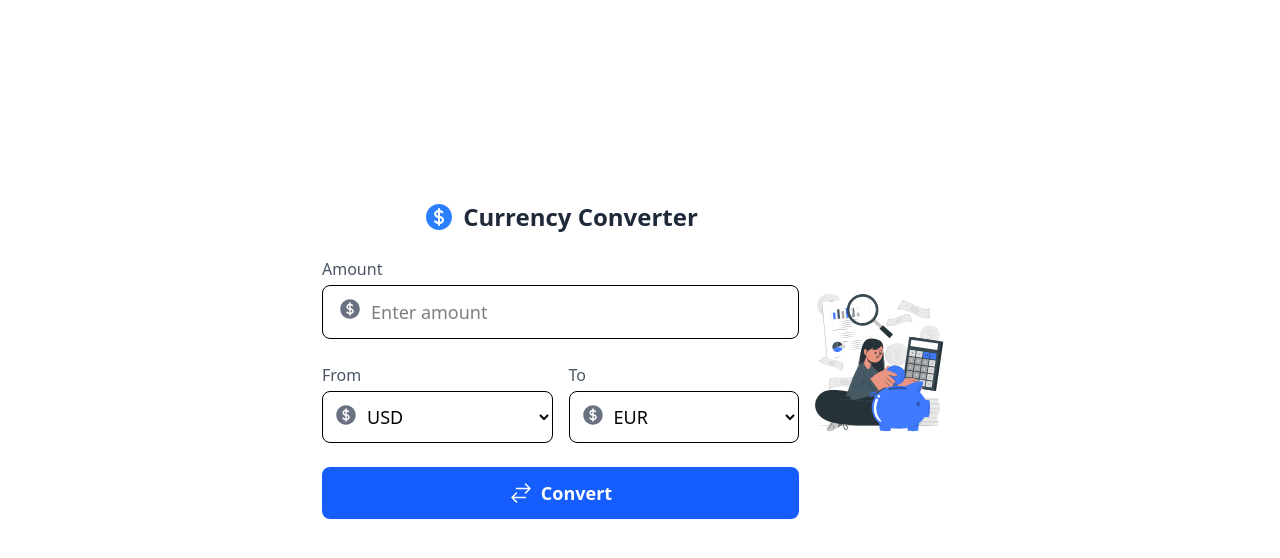
Repository: adrcstro/withcenter_developer_exam
Page: /
An editor plug-in stored every save of this project. The page is shown before and after the next save, followed by the edit.
The browser window is 1280 px wide. The pictures show the whole page.
The project was rebuilt for these pictures with package versions that can differ from the ones it lists, and the page was loaded fresh each time. Also part of the build but not shown: vite.config.ts.

Above is the page before, as saved 2025-03-16 19:55:19.

After the next save:
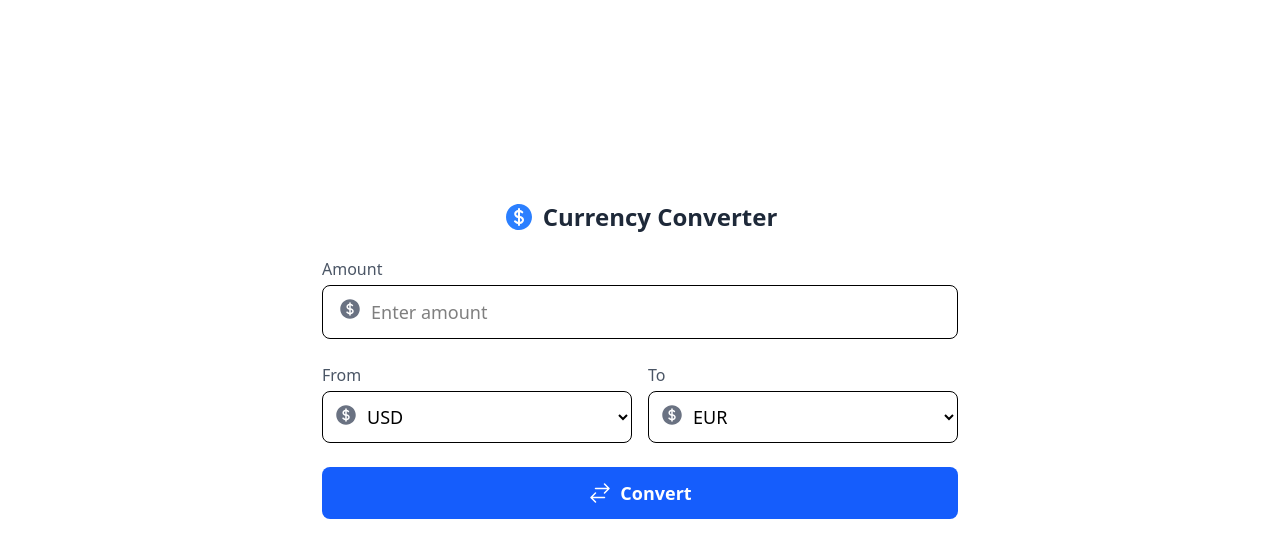
Saved 17 s later.
--- a/src/App.tsx
+++ b/src/App.tsx
@@ -1,6 +1,6 @@
 import { useState } from "react";
 import { ArrowsRightLeftIcon, CurrencyDollarIcon } from "@heroicons/react/24/solid";
-import converterImage from "./assets/Manage money-cuate.svg"
+
 
 const currencies = ["USD", "EUR", "GBP", "JPY", "INR"];
 
@@ -11,98 +11,90 @@ function App() {
   const [convertedAmount, setConvertedAmount] = useState("");
 
   const handleConvert = () => {
+    // Dummy conversion rate for UI demo
     const rate = 1.1;
     setConvertedAmount((parseFloat(amount) * rate).toFixed(2));
   };
 
   return (
     <div className="flex items-center justify-center min-h-screen bg-white">
-      <div className="relative bg-white rounded-xl p-8 w-[700px] flex">
-        <div className="w-3/4">
-          <h2 className="text-2xl font-bold text-gray-800 text-center mb-6 flex items-center justify-center gap-2">
-            <CurrencyDollarIcon className="w-8 h-8 text-blue-500" />
-            Currency Converter
-          </h2>
+      <div className="bg-white rounded-xl p-8 w-[700px]">
+        <h2 className="text-2xl font-bold text-gray-800 text-center mb-6 flex items-center justify-center gap-2">
+          <CurrencyDollarIcon className="w-8 h-8 text-blue-500" />
+          Currency Converter
+        </h2>
 
-          {/* Amount Input */}
-          <div className="mb-6">
-            <label className="block text-gray-600 text-base font-medium">Amount</label>
+        {/* Amount Input */}
+        <div className="mb-6">
+          <label className="block text-gray-600 text-base font-medium">Amount</label>
+          <div className="relative">
+            <input
+              type="number"
+              value={amount}
+              onChange={(e) => setAmount(e.target.value)}
+              className="w-full mt-1 pl-12 pr-4 py-3 border rounded-lg text-lg focus:outline-none focus:ring-2 focus:ring-blue-400"
+              placeholder="Enter amount"
+            />
+            <CurrencyDollarIcon className="w-6 h-6 text-gray-500 absolute left-4 top-4" />
+          </div>
+        </div>
+
+        {/* Currency Selection */}
+        <div className="flex gap-4 mb-6">
+          <div className="w-1/2">
+            <label className="block text-gray-600 text-base font-medium">From</label>
             <div className="relative">
-              <input
-                type="number"
-                value={amount}
-                onChange={(e) => setAmount(e.target.value)}
-                className="w-full mt-1 pl-12 pr-4 py-3 border rounded-lg text-lg focus:outline-none focus:ring-2 focus:ring-blue-400"
-                placeholder="Enter amount"
-              />
-              <CurrencyDollarIcon className="w-6 h-6 text-gray-500 absolute left-4 top-4" />
+              <select
+                value={fromCurrency}
+                onChange={(e) => setFromCurrency(e.target.value)}
+                className="w-full mt-1 pl-10 pr-4 py-3 border rounded-lg text-lg focus:outline-none focus:ring-2 focus:ring-blue-400"
+              >
+                {currencies.map((currency) => (
+                  <option key={currency} value={currency}>
+                    {currency}
+                  </option>
+                ))}
+              </select>
+              <CurrencyDollarIcon className="w-6 h-6 text-gray-500 absolute left-3 top-4" />
             </div>
           </div>
 
-          {/* Currency Selection */}
-          <div className="flex gap-4 mb-6">
-            <div className="w-1/2">
-              <label className="block text-gray-600 text-base font-medium">From</label>
-              <div className="relative">
-                <select
-                  value={fromCurrency}
-                  onChange={(e) => setFromCurrency(e.target.value)}
-                  className="w-full mt-1 pl-10 pr-4 py-3 border rounded-lg text-lg focus:outline-none focus:ring-2 focus:ring-blue-400"
-                >
-                  {currencies.map((currency) => (
-                    <option key={currency} value={currency}>
-                      {currency}
-                    </option>
-                  ))}
-                </select>
-                <CurrencyDollarIcon className="w-6 h-6 text-gray-500 absolute left-3 top-4" />
-              </div>
-            </div>
-
-            <div className="w-1/2">
-              <label className="block text-gray-600 text-base font-medium">To</label>
-              <div className="relative">
-                <select
-                  value={toCurrency}
-                  onChange={(e) => setToCurrency(e.target.value)}
-                  className="w-full mt-1 pl-10 pr-4 py-3 border rounded-lg text-lg focus:outline-none focus:ring-2 focus:ring-blue-400"
-                >
-                  {currencies.map((currency) => (
-                    <option key={currency} value={currency}>
-                      {currency}
-                    </option>
-                  ))}
-                </select>
-                <CurrencyDollarIcon className="w-6 h-6 text-gray-500 absolute left-3 top-4" />
-              </div>
+          <div className="w-1/2">
+            <label className="block text-gray-600 text-base font-medium">To</label>
+            <div className="relative">
+              <select
+                value={toCurrency}
+                onChange={(e) => setToCurrency(e.target.value)}
+                className="w-full mt-1 pl-10 pr-4 py-3 border rounded-lg text-lg focus:outline-none focus:ring-2 focus:ring-blue-400"
+              >
+                {currencies.map((currency) => (
+                  <option key={currency} value={currency}>
+                    {currency}
+                  </option>
+                ))}
+              </select>
+              <CurrencyDollarIcon className="w-6 h-6 text-gray-500 absolute left-3 top-4" />
             </div>
           </div>
-
-          {/* Convert Button */}
-          <button
-            onClick={handleConvert}
-            className="w-full bg-blue-600 hover:bg-blue-700 text-white text-lg font-semibold py-3 rounded-lg flex items-center justify-center gap-2 transition duration-300"
-          >
-            <ArrowsRightLeftIcon className="w-6 h-6" />
-            Convert
-          </button>
-
-          {/* Converted Amount */}
-          {convertedAmount && (
-            <div className="mt-6 text-center">
-              <p className="text-gray-800 text-xl">
-                {amount} {fromCurrency} = <span className="font-bold text-green-600">{convertedAmount} {toCurrency}</span>
-              </p>
-            </div>
-          )}
         </div>
 
-        {/* Right-side SVG Image */}
-       {/* Right-side SVG Image */}
-<div className="w-1/4 flex justify-end">
-  <img src={converterImage} alt="Converter Illustration" className="w-full h-full object-contain" />
-</div>
+        {/* Convert Button */}
+        <button
+          onClick={handleConvert}
+          className="w-full bg-blue-600 hover:bg-blue-700 text-white text-lg font-semibold py-3 rounded-lg flex items-center justify-center gap-2 transition duration-300"
+        >
+          <ArrowsRightLeftIcon className="w-6 h-6" />
+          Convert
+        </button>
 
+        {/* Converted Amount */}
+        {convertedAmount && (
+          <div className="mt-6 text-center">
+            <p className="text-gray-800 text-xl">
+              {amount} {fromCurrency} = <span className="font-bold text-green-600">{convertedAmount} {toCurrency}</span>
+            </p>
+          </div>
+        )}
       </div>
     </div>
   );
